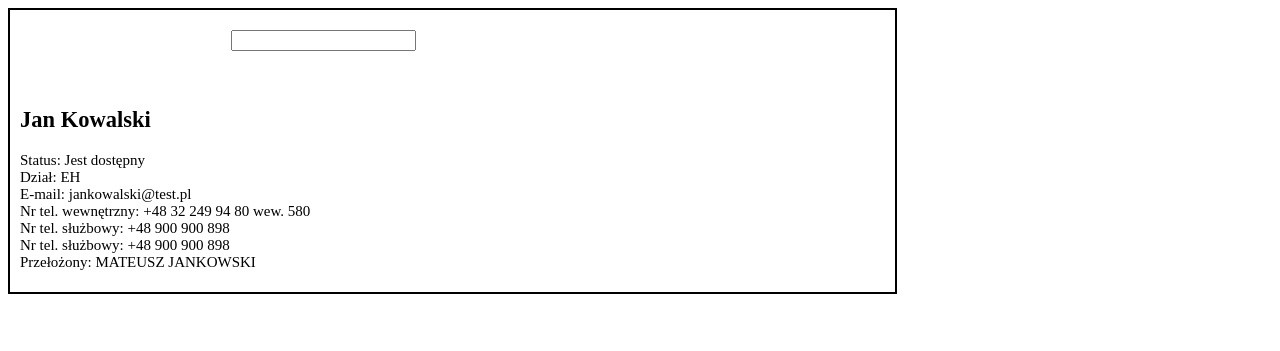
Repository: emdes515/EHpanel
Page: html/dashboardObecnosc.html
An editor plug-in stored every save of this project. The page is shown before and after the next save, followed by the edit.
The browser window is 1280 px wide. The pictures show the whole page.

Above is the page before, as saved 2024-04-22 11:16:48.
Console error: ReferenceError: $ is not defined

### html/dashboardObecnosc.html
<style>
		.main {
			width: 70%;
			height: 40%;
			border: 2px solid black;
			display: flex;
			flex-direction: column;
			font-size: 15px;
			max-width: 1000px;
		}

		.inputContainer {
			margin: 20px;
			align-self: center;
			width: 50%;
			height: 10%;
		}

		.info {
			margin: 10px;
		}

		@media (max-width: 700px) {
			.inputContainer {
				width: 90%;
			}
		}
	}
</style>

<div class="main">
	<div class="inputContainer">
		<input
			id="dashboardObecnoscInput"
			name="dashboardObecnoscInput" />
	</div>

	<div class="info">
		<div>
			<h2>Jan Kowalski</h2>
		</div>
		<div>
			<div><span class="fw-bold text-primary">Status: </span> <span>Jest dostępny</span></div>
			<div><span class="fw-bold text-primary">Dział: </span> <span>EH</span></div>
			<div><span class="fw-bold text-primary">E-mail: </span> <span>jankowalski@test.pl</span></div>
			<div>
				<span class="fw-bold text-primary">Nr tel. wewnętrzny: </span>
				<span>+48 32 249 94 80 wew. 580</span>
			</div>
			<div>
				<span class="fw-bold text-primary">Nr tel. służbowy: </span> <span>+48 900 900 898</span>
			</div>
			<div>
				<span class="fw-bold text-primary">Nr tel. służbowy: </span> <span>+48 900 900 898</span>
			</div>
			<div>
				<span class="fw-bold text-primary">Przełożony: </span> <span>MATEUSZ JANKOWSKI</span>
			</div>
		</div>
	</div>
</div>

<script
	type="text/javascript"
	src="js/dashboardObecnosc.js"></script>

### js/dashboardObecnosc.js
$(document).ready(function () {
	const pracownicy = ['a', 'b', 'c'];

	const pracownicyNieobecnii_Zdalnie = $('#dashboardObecnoscInput').jqxInput({
		placeHolder: 'Wprowadź dane pracownika',
		height: '100%',
		width: '100%',
		minLength: 1,
		searchMode: 'startswithignorecase',
		source: pracownicy,
	});

	const url = 'https://api.elgor.com.pl/login';
	const apikey =
		'f000983f7ccf9d50418948aeb3eef18484fb354824ca383c64823bd7db18c41b82b90434b9ab30e4f310701d749fa158569573b16a13cbd15fd0b853af04ed77';

	fetch(url, {
		method: 'GET',
		headers: {
			Accept: 'application/json',
			apikey: apikey,
		},
	})
		.then((response) => response.json())
		.then((data) => console.log(data));
});

After the next save:
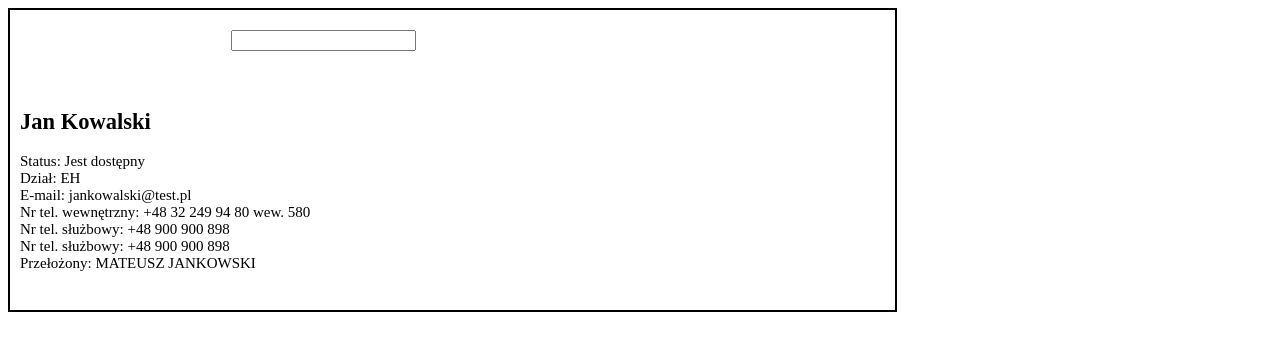
Saved 93 s later.
--- a/html/dashboardObecnosc.html
+++ b/html/dashboardObecnosc.html
@@ -7,6 +7,8 @@
 			flex-direction: column;
 			font-size: 15px;
 			max-width: 1000px;
+			min-width: 720px;
+			min-height: 300px;
 		}
 
 		.inputContainer {
